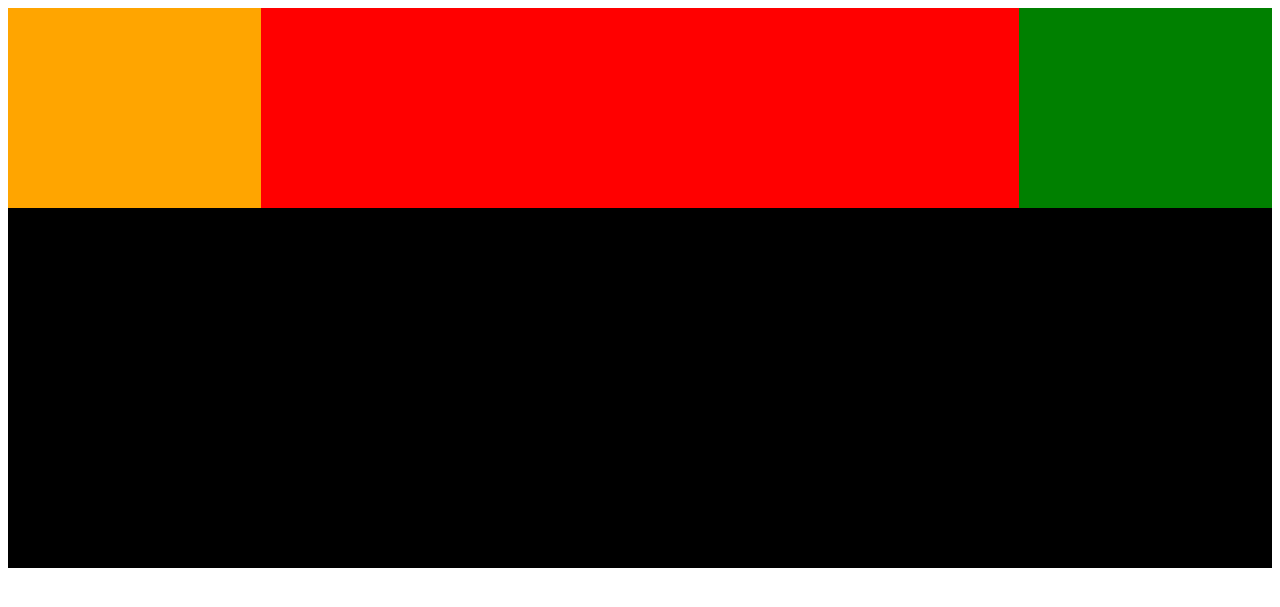
Repository: fixbb/workspace
Page: 015元素的浮动布局/index2.html
An editor plug-in stored every save of this project. The page is shown before and after the next save, followed by the edit.
The browser window is 1280 px wide. The pictures show the whole page.

Above is the page before, as saved 2021-08-29 21:36:05.

After the next save:
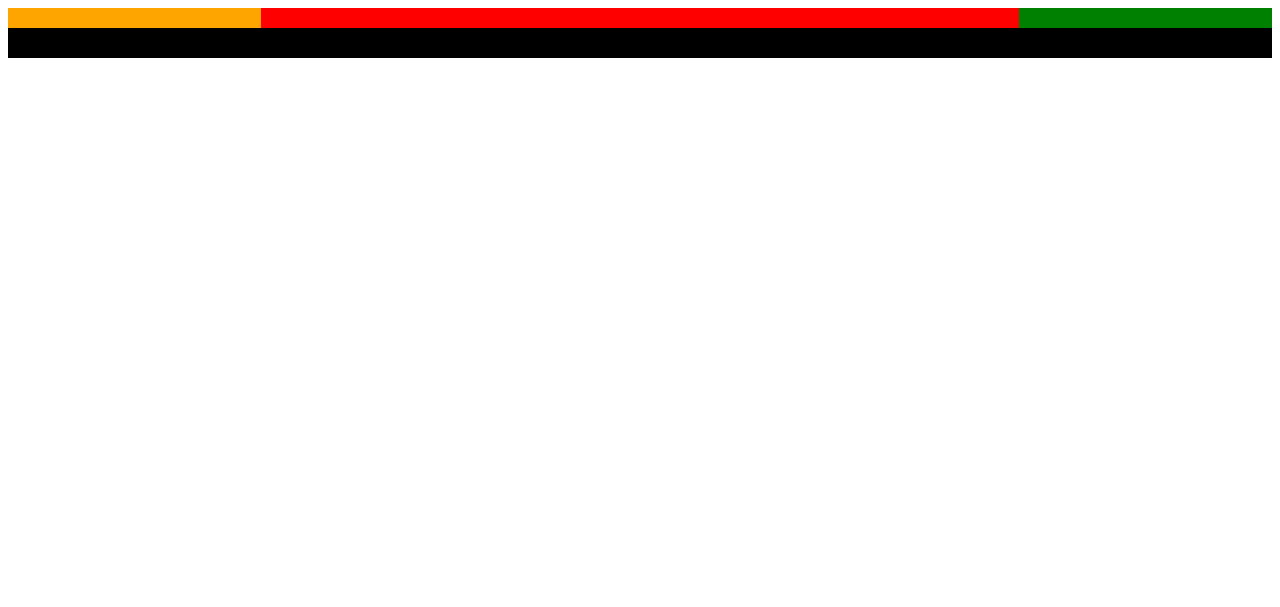
Saved 18 h 14 min later.
--- a/015元素的浮动布局/index2.html
+++ b/015元素的浮动布局/index2.html
@@ -26,15 +26,15 @@
         .b,
         .c {
             float: left;
-            height: 200px;
+            height: 20px;
         }
 
         .h {
-            height: 360px;
+            height: 30px;
             background: black;
         }
         .hh {
-            height: 200px;
+            height: 20px;
             background: white;
         }
     </style>
